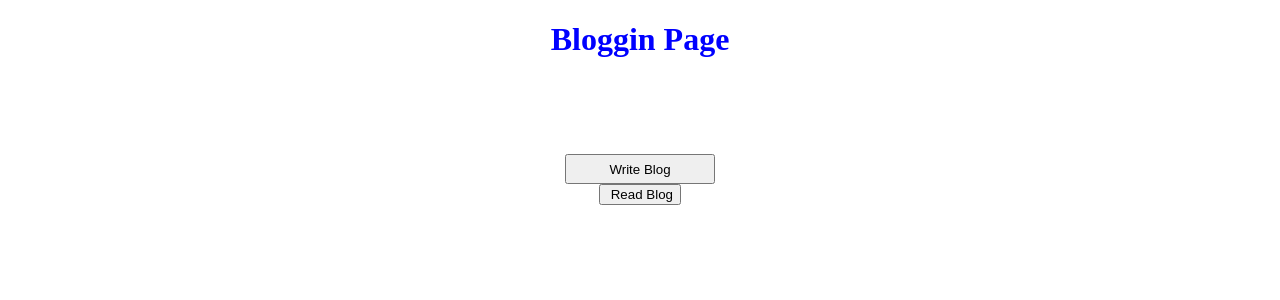
Repository: choubeyshubham018/CompleteJavaQuestions
Page: http://localhost/Ques_17_ServletBlogApplication/
These files come from the project's save history. The page is drawn as it stood at one moment and after the next save; the edit follows.
The browser window is 1280 px wide. The pictures show the whole page.
The page is served by Tomcat 9.

Above is the page before, as saved 2023-09-19 06:27:23.

After the next save:
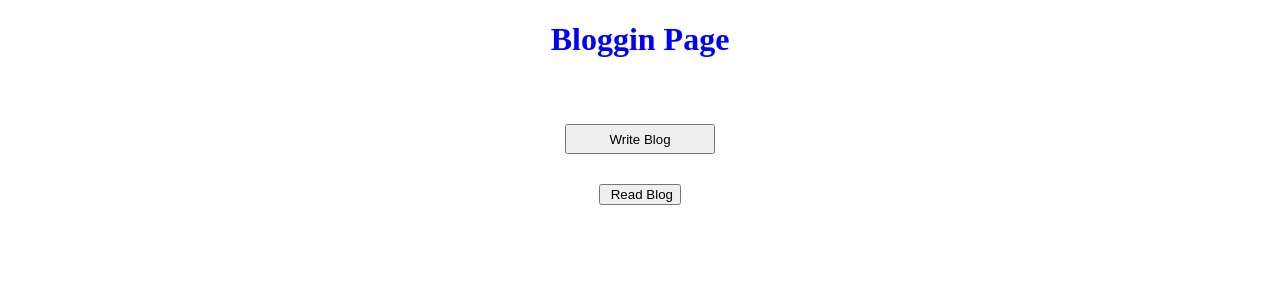
Saved 78 s later.
--- a/Servlet Assignment/Ques_17_ServletBlogApplication/src/main/webapp/index.jsp
+++ b/Servlet Assignment/Ques_17_ServletBlogApplication/src/main/webapp/index.jsp
@@ -10,12 +10,16 @@
 
 <h1 style="text-align: center; color: blue;">Bloggin Page</h1>
 <div style="display: flex; justify-content: center; height: 200px; flex-direction: column;align-items: center;">
+<div>
 <form action="./blog & s1=save %">
 <input type="submit" value="Write Blog" style="height: 30px;width: 150px;">
 </form>
+</div>
+<div style="padding: 30px;">
 <form action="./blog & s1=write %">
 <input type="submit" value=" Read Blog">
 </form>
 </div>
+</div>
 </body>
 </html>
